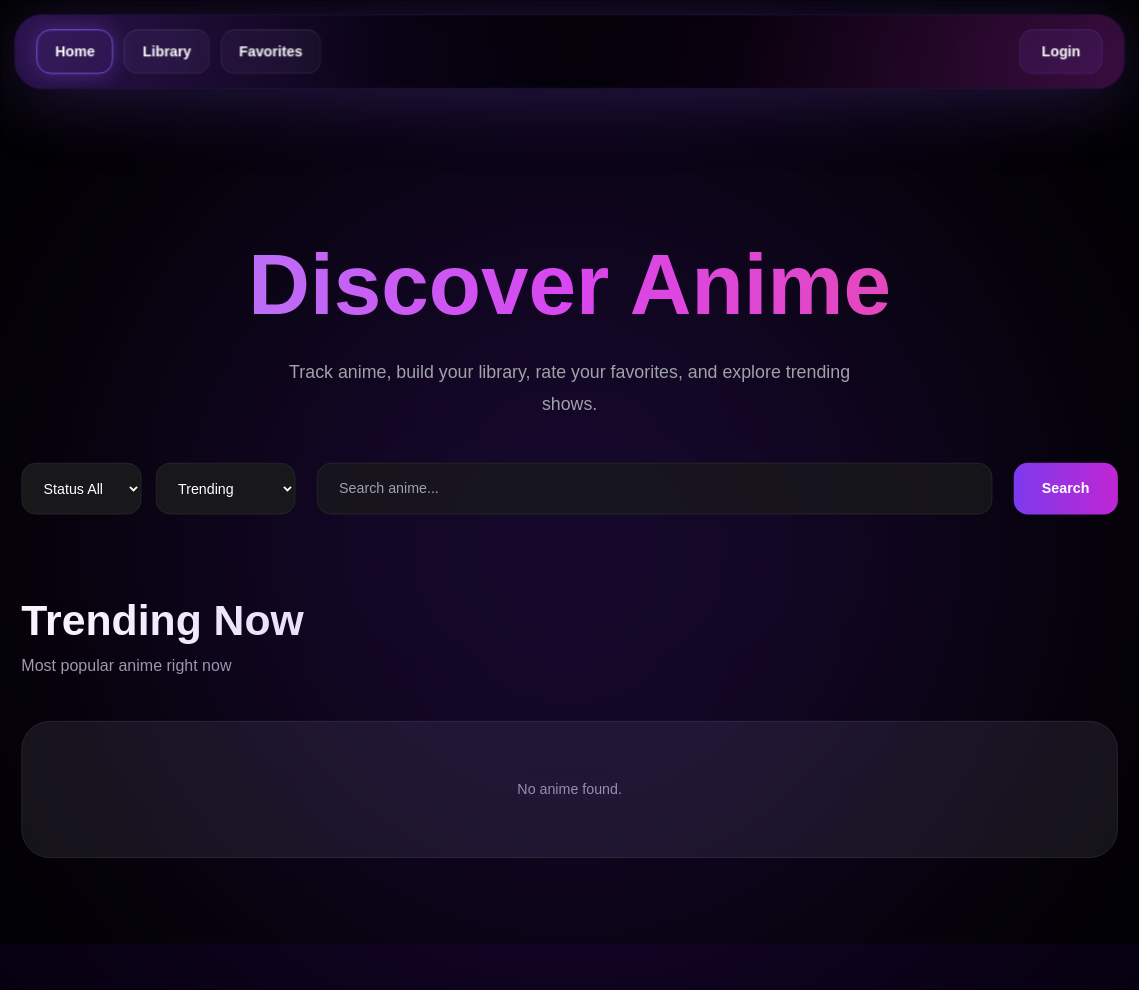
Repository: Maykal-Projects/Otakuflow
Page: /
The author's editor kept a copy of each file at every save. The page is drawn from the files as they stood at one save, then again after the next save.
The browser window is 1280 px wide. The pictures show the whole page, at 89% of full size.
The page's requests for data from a server got no answer. The project was rebuilt for these pictures with package versions that can differ from the ones it lists, and the page was loaded fresh each time. The framework's server and built-in components were replaced by stand-ins that run in the browser. No one was signed in, and anything a server would have sent is missing. Also part of the build but not shown: next.config.ts, components/AnimeCard.tsx.

Above is the page before, as saved 2026-05-30 09:24:19.

After the next save:
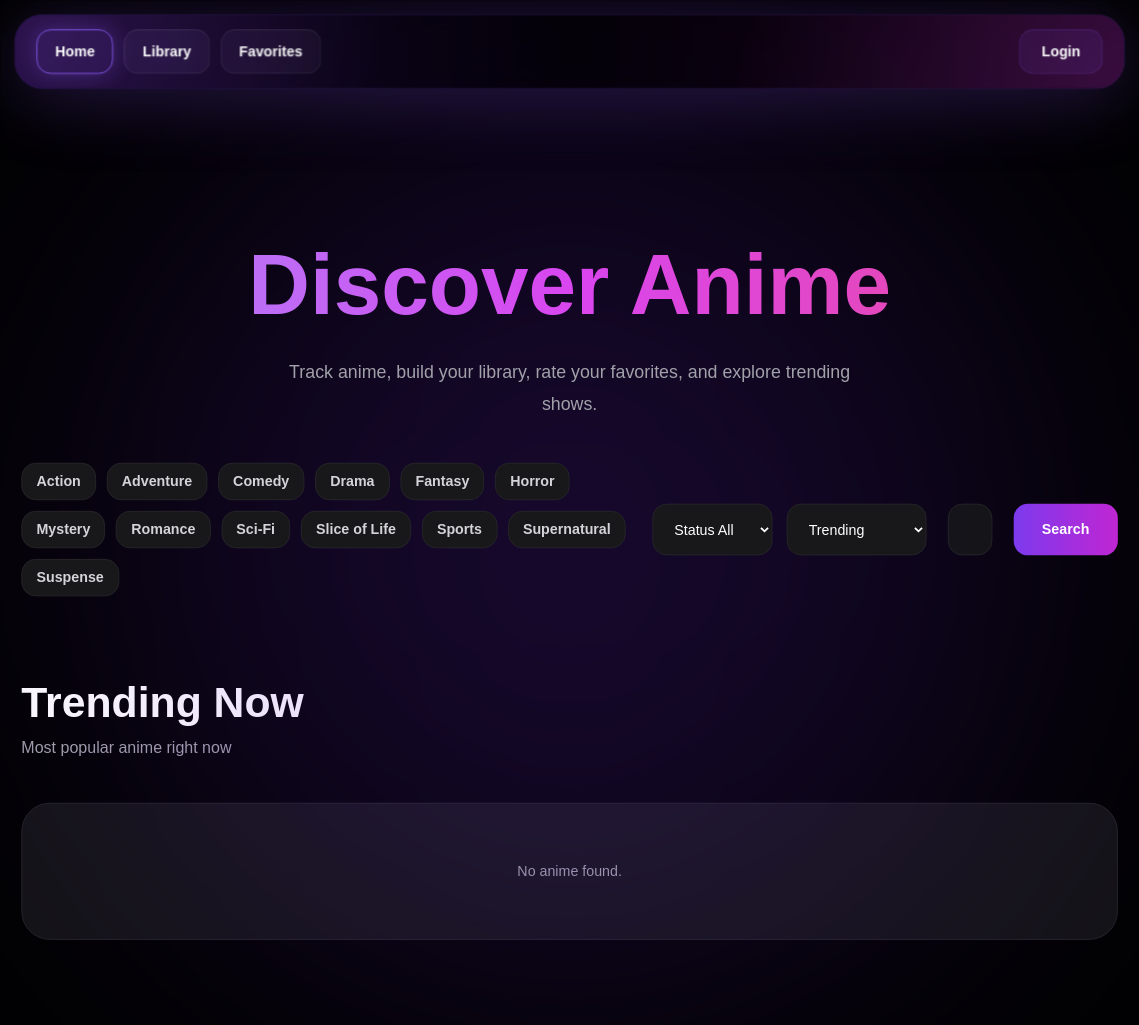
Saved 14 s later.
--- a/app/page.tsx
+++ b/app/page.tsx
@@ -649,6 +649,35 @@ function toggleGenre(
 
             {/* LEFT FILTERS */}
             <div className="flex items-center gap-4">
+
+              {/* GENRE CHIPS */}
+<div className="flex flex-wrap gap-3">
+
+  {genres.map(
+    (genre) => (
+
+      <button
+        key={genre.id}
+        onClick={() =>
+          toggleGenre(
+            genre.name
+          )
+        }
+        className={`px-4 py-2 rounded-2xl border transition font-semibold ${
+          selectedGenres.includes(
+            genre.name
+          )
+            ? "bg-violet-600 border-violet-400 text-white"
+            : "bg-zinc-900 border-zinc-800 text-zinc-300 hover:border-violet-500"
+        }`}
+      >
+        {genre.name}
+      </button>
+
+    )
+  )}
+
+</div>
 
               {/* STATUS */}
               <select
